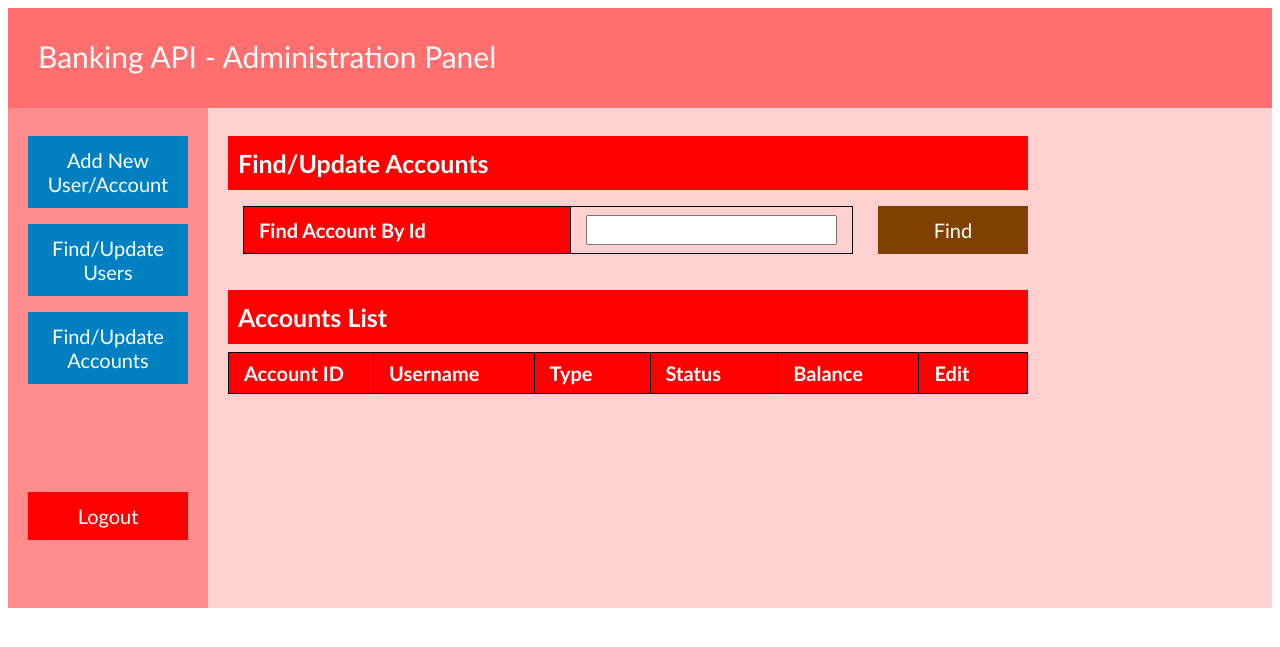
Repository: kennyufish/Revature_ROCP1_Project_Banking_API
Page: http://localhost/banking_api/findUpdateAccounts
These files come from the project's save history. The page is drawn as it stood at one moment and after the next save; the edit follows.
The browser window is 1280 px wide. The pictures show the whole page.
The page is served by Tomcat 9. Queries for data that is not in the repository find no rows.

Above is the page before, as saved 2020-10-14 15:17:29.

After the next save:
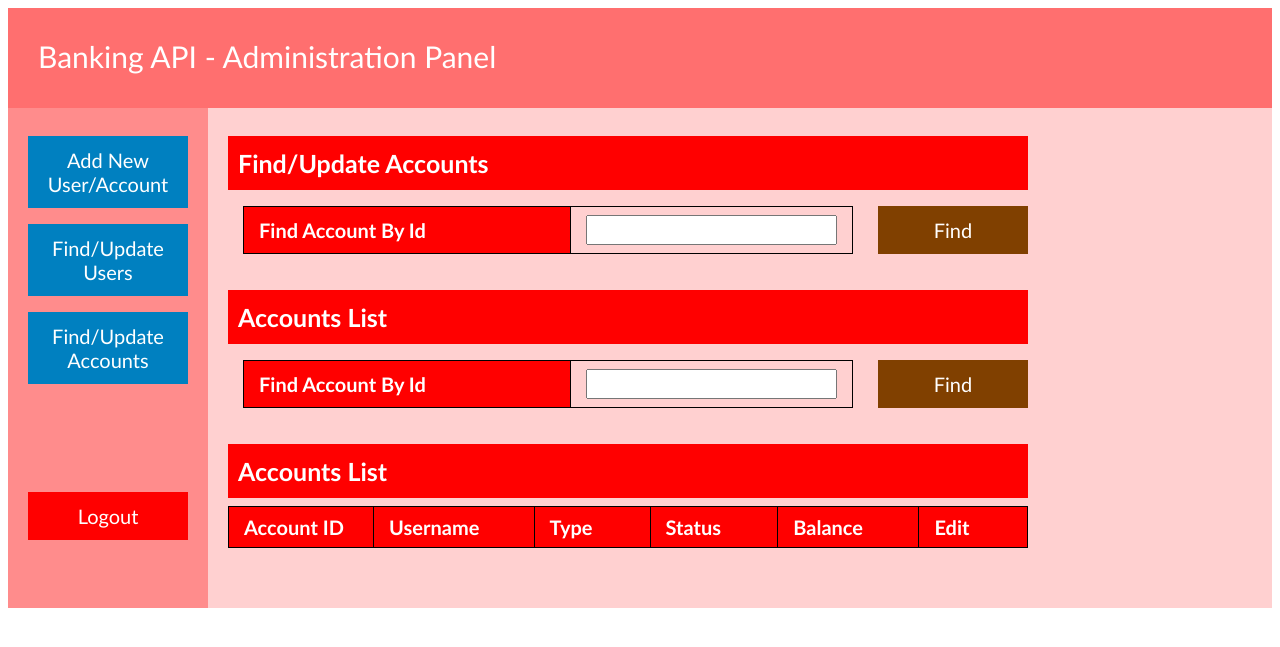
Saved 90 s later.
--- a/banking_api/src/main/java/com/app/banking/controller/FindUpdateAccountsController.java
+++ b/banking_api/src/main/java/com/app/banking/controller/FindUpdateAccountsController.java
@@ -49,6 +49,8 @@ public class FindUpdateAccountsController extends HttpServlet {
 			List<Account> accountList = accountService.getAllAccounts();
 
 			out.print("<article>");
+
+			//find account by id block
 			out.print("<div><h1 class='subHeading1'>Find/Update Accounts</h1>");
 			out.print("<form action='findAccountById' method='get'>");
 			out.print("<table class='findBar'><tr><th>Find Account By Id</th>");
@@ -56,8 +58,18 @@ public class FindUpdateAccountsController extends HttpServlet {
 			out.print("<button class='smallButton findButton' type='submit' name='findAccountById'>Find</button></div>");
 			out.print("</form>");
 			out.print("<br><br><br>");
+			//
 			out.print("<div><h1 class='subHeading1' style='margin-top:20px;'>Accounts List</h1></div>");
+			out.print("<form action='findAccountById' method='get'>");
+			out.print("<table class='findBar'><tr><th>Find Account By Id</th>");
+			out.print("<td><input style='width:100%' type='number' min='0' step='1' name='accountId' required /></td></tr></table>");
+			out.print("<button class='smallButton findButton' type='submit' name='findAccountById'>Find</button></div>");
+			out.print("</form>");
+			out.print("<br><br><br>");
+			//
 
+			//show all account list block
+			out.print("<div><h1 class='subHeading1' style='margin-top:20px;'>Accounts List</h1></div>");
 			out.print("<div class='smallFont'><table><tr><th>Account ID</th><th>Username</th><th>Type</th><th>Status</th><th>Balance</th>");
 
 			//access controller implement later role == admin
